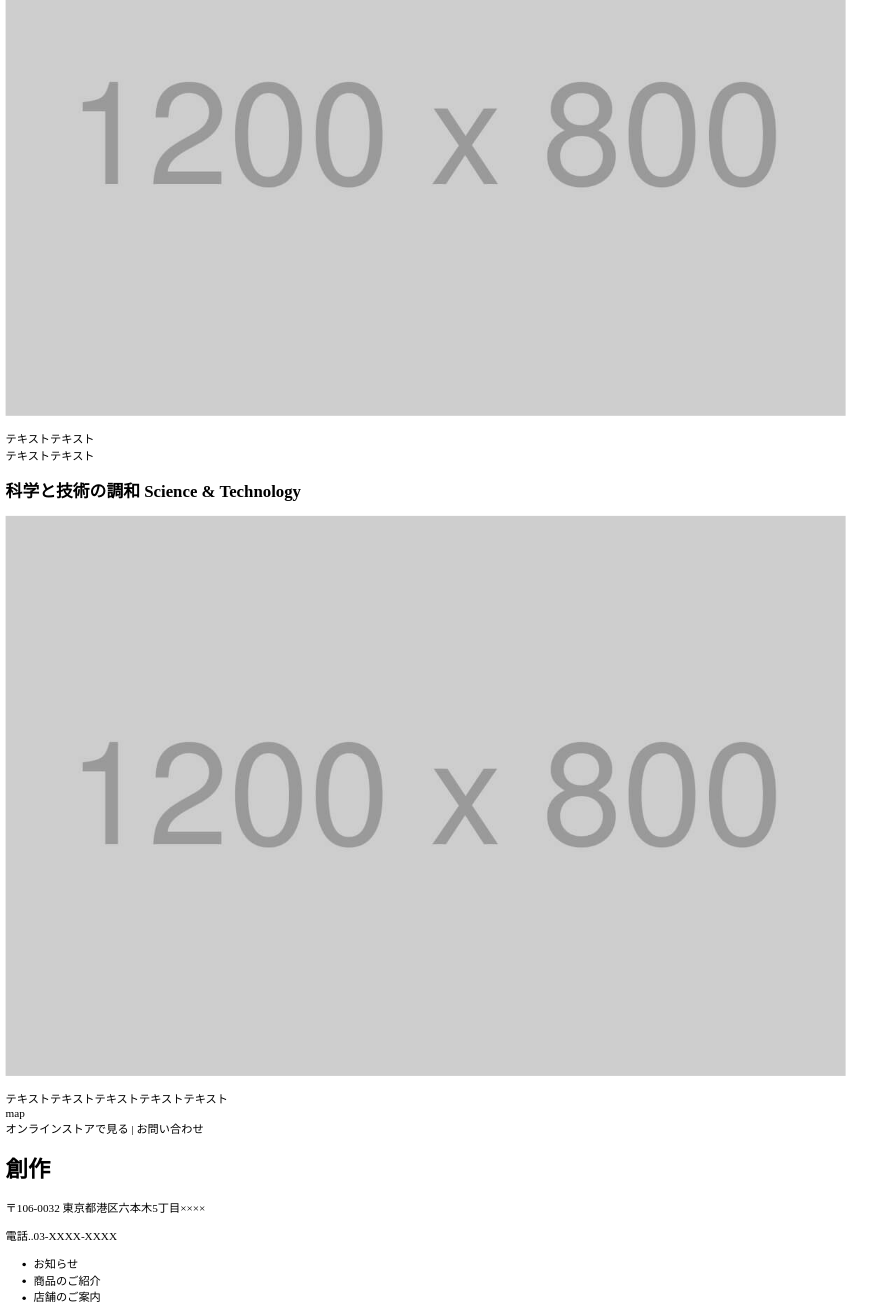
Repository: Fuki-san/wagashi
Page: http://localhost/wagashi
The author's editor kept a copy of each file at every save. The page is drawn from the files as they stood at one save, then again after a run of saves.
The browser window is 1280 px wide. The pictures show the part of the page from y = 860 to 2780 px (the page is 2740 px tall before and 2780 px after), at 70% of full size.
The page is served by the project's Laravel application, run on PHP 8.4 with Laravel 10. Other server files are loaded and not shown.

Above is the page before, as saved 2023-12-02 18:54:17.

### routes/web.php
<?php

use Illuminate\Support\Facades\Route;
use Spatie\FlareClient\View;

/*
|--------------------------------------------------------------------------
| Web Routes
|--------------------------------------------------------------------------
|
| Here is where you can register web routes for your application. These
| routes are loaded by the RouteServiceProvider and all of them will
| be assigned to the "web" middleware group. Make something great!
|
*/

Route::get('/', function () {
    return view('welcome');
});

Route::get('wagashi', function() {
    return View('wagashi');
})->name('wagashi');

### resources/views/wagashi.blade.php
@extends('layouts.main')

@section('title', 'wagashi')

@section('content')
    <header id="header">
        <h1 class="site-title"><a href="#"><img src="img/logo.svg" alt=""></a></h1>
        <nav id="nav">
            <ul>
                <li><a href="#news">お知らせ</a></li>
                <li><a href="#products1">商品のご紹介</a></li>
                <li><a href="#shop">店舗のご案内</a></li>
            </ul>
        </nav>
        <div class="onlinestore"><a href="#" target="_blank" rel="noopener noreferrer">オンラインストアで見る</a></div>
    </header>

    <main>
        <section id="news" class="wrapper">

            <h2 class="sec-title">
                <span class="en">News</span>
                <span class="ja">お知らせ</span>
            </h2>

            <dl class="list">
                <dt>2021.01.01</dt>
                <dd>タイトルタイトルタイトル</dd>
                <dt>2021.01.01</dt>
                <dd>タイトルタイトルタイトル</dd>
                <dt>2021.01.01</dt>
                <dd>タイトルタイトルタイトル</dd>
                <dt>2021.01.01</dt>
                <dd>タイトルタイトルタイトル</dd>
                <dt>2021.01.01</dt>
                <dd>タイトルタイトルタイトル</dd>
            </dl>
        </section>

        <section id="products1" class="wrapper">
            <h2 class="site-title">
                <span class="ja">新しい価値の創造</span>
                <span class="en">Create New Values</span>
            </h2>

            <div class="img">
                <img src="img/products1.jpg" alt="">
                <p class="text">テキストテキスト<br>テキストテキスト</p>
            </div>
        </section>

        <section id="products2" class="wrapper">
            <h2 class="sec-title">
                <span class="ja">科学と技術の調和</span>
                <span class="en">Science & Technology</span>
            </h2>
            <div class="img">
                <img src="img/products2.jpg" alt="">
                <p class=""></p>
            </div>
            <div class="brown">テキストテキストテキストテキストテキスト</div>
        </section>
        <div class="map">
            map
        </div>
    </main>

    <footer id="footer">
        <div class="flex">
            <div>オンラインストアで見る | お問い合わせ</div>
            <div class="nav">
                <h1 class="site-title">創作</h1>
                <p>〒106-0032 東京都港区六本木5丁目××××</p>
                <p>電話..03-XXXX-XXXX</p>
                <nav>
                    <ul>
                        <li>お知らせ</li>
                        <li>商品のご紹介</li>
                        <li>店舗のご案内</li>
                    </ul>
                </nav>
            </div>
        </div>
    </footer>
@endsection

### resources/views/layouts/main.blade.php
<!DOCTYPE html>
<html lang="ja">
<head>
    <meta charset="UTF-8">
    <meta name="viewport" content="width=device-width, initial-scale=1.0">
    <meta http-equiv="X-UA-Compatible" content="ie=edge">
    <link rel="stylesheet" href="{{ asset('css/reset.css') }}">
    <link rel="stylesheet" href="{{ asset('css/style.css') }}">
    <link rel="icon" href="img/favicon.ico">
    <title>@yield('title')</title>
</head>
<body>
    @yield('content')
</body>
</html>

### public/img/logo.svg
<?xml version="1.0" encoding="utf-8"?>
<!-- Generator: Adobe Illustrator 15.1.0, SVG Export Plug-In . SVG Version: 6.00 Build 0)  -->
<!DOCTYPE svg PUBLIC "-//W3C//DTD SVG 1.1//EN" "http://www.w3.org/Graphics/SVG/1.1/DTD/svg11.dtd">
<svg version="1.1" id="レイヤー_1" xmlns="http://www.w3.org/2000/svg" xmlns:xlink="http://www.w3.org/1999/xlink" x="0px"
	 y="0px" width="57.4775391px" height="131.578125px" viewBox="0 0 57.4775391 131.578125"
	 style="enable-background:new 0 0 57.4775391 131.578125;" xml:space="preserve">
<style type="text/css">
<![CDATA[
	.st0{fill:#FFFFFF;}
]]>
</style>
<g>
	<path class="st0" d="M28.3789063,35.8789063l6.5400391,4.859375c-0.3603516,0.4804688-1.2001953,1.0800781-2.3398438,1.2607422
		v12.0595703c-0.0605469,0.359375-3.4199219,1.5-5.5195313,1.5h-1.0800781v-3.6601563H15.2998047v2.6992188
		c0,0.4208984-1.9199219,1.8007813-5.1601563,1.8007813H9.0595703v-10.5
		c-1.7392578,3.2402344-4.2597656,6.2998047-7.9189453,8.8798828l-0.6005859-0.6005859c5.5205078-8.21875,6-18.4785156,6-26.7587891
		v-9.1191406c-1.9199219,1.3798828-3.9599609,2.5800781-6.0595703,3.6591797L0,21.4199219
		C6.1796875,15.6601563,11.3994141,6.4199219,13.5,0l9.7197266,1.9804688
		c-0.2402344,0.7197266-0.7802734,1.0800781-2.3398438,1.3193359c20.5185547,3.7207031,13.3789063,15.9599609,7.9189453,11.8798828
		c-0.9599609-3.4199219-4.0195313-7.9794922-8.5195313-11.2792969c-2.0400391,3.1796875-4.7392578,6.5390625-7.9794922,9.6591797
		H19.5l2.9990234-3.8398438c0,0,3.4804688,2.6396484,5.5800781,4.5595703
		c-0.1796875,0.6601563-0.7802734,0.9609375-1.6201172,0.9609375H11.7001953l-0.2402344-0.9003906
		c-1.1396484,1.0195313-2.3398438,2.0400391-3.5400391,2.9394531l6,2.2207031h10.9189453l3.0605469-3.3603516L34.4384766,21
		c-0.359375,0.4794922-1.2597656,1.0195313-2.4599609,1.3193359v11.9394531
		c-0.0595703,0.3603516-3.359375,1.5605469-5.4589844,1.5605469h-1.0800781v-1.8007813H12.5400391
		C12.4199219,35.21875,12.2402344,36.4189453,12,37.6787109l4.0800781,1.5595703h9.2988281L28.3789063,35.8789063z
		 M25.4394531,32.3388672v-4.6796875H12.8994141c0,1.4404297-0.0595703,3-0.1796875,4.6796875H25.4394531z M12.8994141,21.1796875
		v4.7998047h12.5400391v-4.7998047H12.8994141z M25.9794922,50.1582031v-9.2392578H15.2998047v9.2392578H25.9794922z
		 M43.2587891,41.7587891c0,0.6601563-2.6396484,1.859375-4.9199219,1.859375h-1.1396484V5.2197266L45.2988281,6
		c-0.1201172,0.7802734-0.6005859,1.3203125-2.0400391,1.5605469V41.7587891z M56.7578125,2.1005859
		C56.578125,3,55.9785156,3.6005859,54.5380859,3.7802734v44.8183594c0,4.6796875-0.9599609,7.3193359-8.4599609,8.0390625
		c-0.1796875-2.0996094-0.4794922-3.6591797-1.3798828-4.7392578c-0.9599609-1.0205078-2.2197266-1.7998047-5.0996094-2.2197266
		v-0.8408203c0,0,5.9394531,0.3603516,7.2001953,0.3603516c0.9599609,0,1.2597656-0.2998047,1.2597656-1.0800781V1.2001953
		L56.7578125,2.1005859z"/>
	<path class="st0" d="M17.4599609,94.0800781c-0.1806641,0.5390625-0.7207031,0.9589844-1.8603516,1.1992188v34.2587891
		c-0.1201172,0.5400391-3,2.0400391-5.7597656,2.0400391H8.5195313v-31.3789063
		c-2.3994141,2.7597656-4.9794922,5.1601563-7.7392578,7.2001953l-0.7197266-0.5400391
		c5.3398438-7.5,10.9189453-19.6796875,13.9189453-31.6787109l9.5400391,3.1796875
		c-0.2998047,0.7802734-1.0800781,1.2597656-2.4003906,1.2001953c-2.0400391,4.859375-4.3798828,9.2988281-6.9589844,13.3193359
		L17.4599609,94.0800781z M39.9589844,89.7597656v11.0996094h4.7998047l3.6591797-4.7998047
		c0,0,4.140625,3.2998047,6.7197266,5.5800781c-0.1796875,0.6591797-0.8398438,0.9599609-1.6796875,0.9599609H39.9589844v11.3388672
		h5.1591797l4.0205078-5.2197266c0,0,4.4394531,3.5400391,7.1992188,5.9404297
		c-0.1796875,0.6591797-0.8398438,0.9599609-1.7402344,0.9599609H39.9589844v14.0390625
		c0,0.4199219-2.2207031,1.859375-5.9404297,1.859375h-1.3193359V89.7597656h-1.4404297
		c-3.8994141,5.8798828-8.3994141,10.6796875-13.4394531,14.2792969l-0.6601563-0.4794922
		c4.6201172-6.7802734,9.6601563-17.6992188,12.3603516-28.3193359l9.6591797,3.4199219
		c-0.2998047,0.7802734-1.0800781,1.2597656-2.4599609,1.1396484c-1.3798828,2.9404297-2.8203125,5.7597656-4.4394531,8.3398438
		h14.0996094l3.9589844-5.1591797c0,0,4.4404297,3.4794922,7.1396484,5.8193359
		c-0.1796875,0.6601563-0.8398438,0.9599609-1.6796875,0.9599609H39.9589844z"/>
</g>
</svg>

Loaded but not shown: public/css/style.css (no copy from this time; the picture is the same without it)

After the next 3 saves:
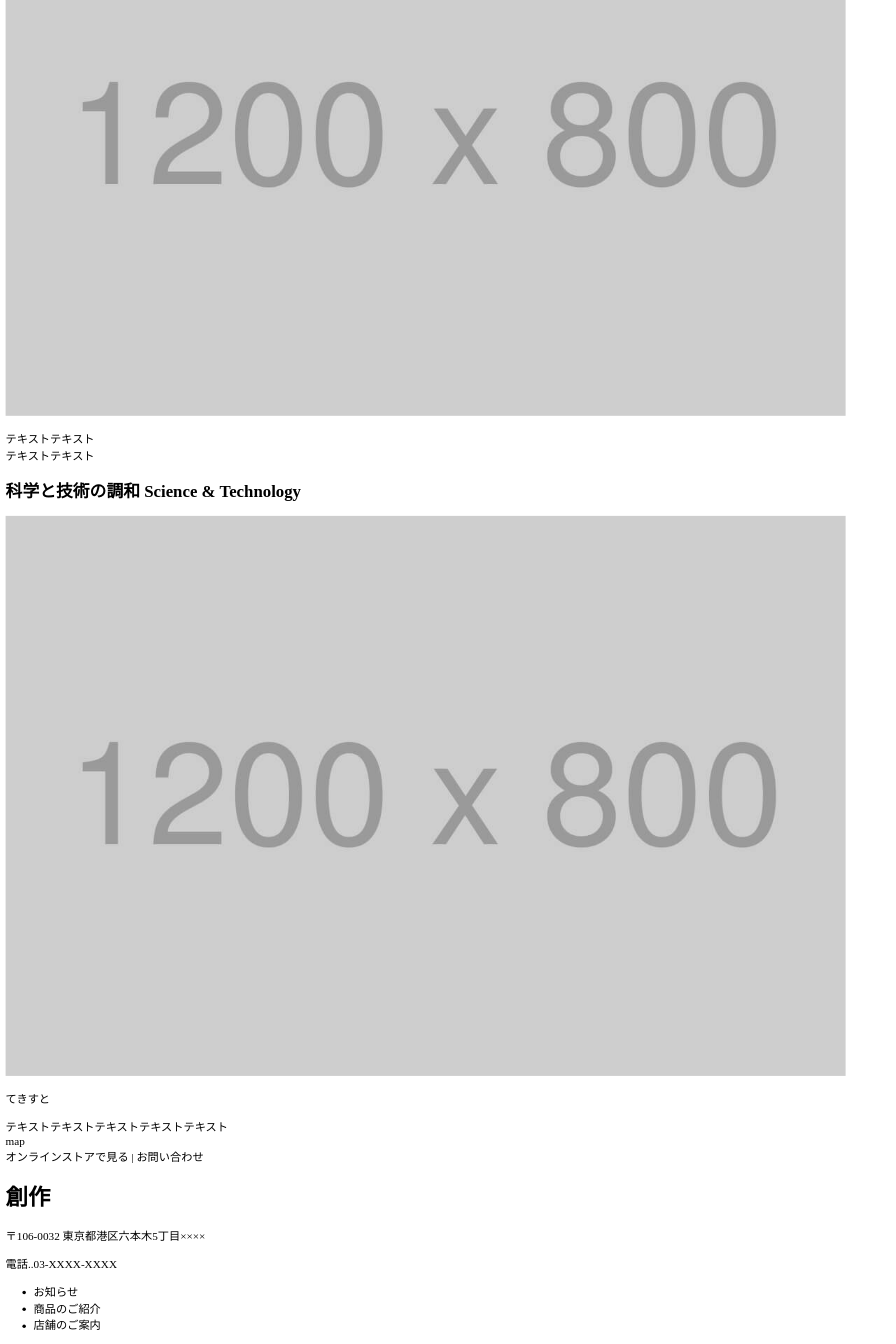
The 3 saves are shown as one change because they came seconds apart.
The last was saved 9 s later.
--- a/resources/views/wagashi.blade.php
+++ b/resources/views/wagashi.blade.php
@@ -56,7 +56,7 @@
             </h2>
             <div class="img">
                 <img src="img/products2.jpg" alt="">
-                <p class=""></p>
+                <p class="text">てきすと</p>
             </div>
             <div class="brown">テキストテキストテキストテキストテキスト</div>
         </section>
